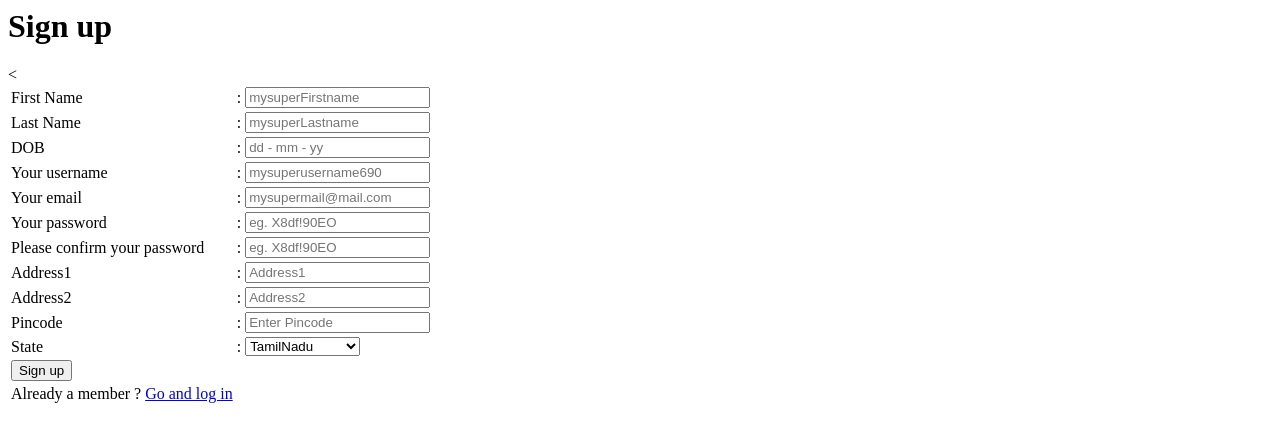
Repository: ravisudharsan/StarKart
Page: http://localhost/StarkartFrontend/WEB-INF/views/register.jsp
These files come from the project's save history. The page is drawn as it stood at one moment and after the next save; the edit follows.
The browser window is 1280 px wide. The pictures show the whole page.
The page is served by Tomcat 9. Nobody is signed in. Other server files are loaded and not shown. The template is opened directly, without the code that normally fills it, so the values that code supplies are empty.

Above is the page before, as saved 2016-10-26 05:01:24.

### StarkartFrontend/src/main/webapp/WEB-INF/views/register.jsp
<div id="register" class="animate form">
			<form  action="mysuperscript.php" autocomplete="on">
				<h1> Sign up </h1>
				<table align:center>
					<tr>

					<td><label for="First Namesignup" class="Fname" data-icon="F">First Name</label></td>
					<td>:</td>
					<td><input id="First Namesignup" name="First Namesignup" required="required" type="text" placeholder="mysuperFirstname" /></td>
					</tr>
				 	<tr>
					<td><label for="Last Namesignup" class="Lname" data-icon="L">Last Name</label>
					<td>:</td>
					<td><input id="Last Namesignup" name="Last Namesignup" required="required" type="text" placeholder="mysuperLastname" />
					</tr>

                                 	<tr>

					<td><label for="DOBsignup" class="Lname" data-icon="L">DOB</label></td>
					<td>:</td>
					<td><input id="DOBsignup" name="DOBsignup" required="required" type="text" placeholder="dd - mm - yy" /></td>
					</tr>

					<tr>

					<td><label for="usernamesignup" class="uname" data-icon="u">Your username</label></td>
					<td>:</td>
					<td><input id="usernamesignup" name="usernamesignup" required="required" type="text" placeholder="mysuperusername690" /></td>
					</tr>

					<tr>

					<td><label for="emailsignup" class="youmail" data-icon="e" > Your email</label></td>
					<td>:</td>
					<td><input id="emailsignup" name="emailsignup" required="required" type="email" placeholder="mysupermail@mail.com"/> </td>
					</tr>

					<tr>

					<td><label for="passwordsignup" class="youpasswd" data-icon="p">Your password </label></td>
					<td>:</td>
					<td><input id="passwordsignup" name="passwordsignup" required="required" type="password" placeholder="eg. X8df!90EO"/></td>
					</tr>

					<tr>

					<td><label for="passwordsignup_confirm" class="youpasswd" data-icon="p">Please confirm your password </label></td>
					<td>:</td>
					<td><input id="passwordsignup_confirm" name="passwordsignup_confirm" required="required" type="password" placeholder="eg. X8df!90EO"/></td>
					</tr>

					<tr>

					<td><label for="Address1signup" class="Address1" data-icon="A1">Address1</label></td>
					<td>:</td>
					<td><input id="Address1signup" name="Address1signup" required="required" type="text" placeholder="Address1" /></td>
					</tr>

					<tr>

					<td><label for="Address2signup" class="Address2" data-icon="A1">Address2</label></td>
					<td>:</td>
					<td><input id="Address2signup" name="Address2signup" required="required" type="text" placeholder="Address2" /></td>
					</tr>

					<tr>

					<td><label for="Pincodesignup" class="Pincode" data-icon="A1">Pincode</label></td>
					<td>:</td>
					<td><input id="Pincodesignup" name="Pincodesignup" required="required" type="text" placeholder="Enter Pincode" /></td>
					</tr>

					<tr>

					<td> State</td><td>:</td> <td><Select>
				<option value="TamilNadu">TamilNadu</option>
				<option value="Kerala">Kerala</option>
				<option value="Karnataka">Karnataka</option>
				<option value="AndhraPradesh">AndhraPradesh</option></td>
				</tr>
<tr>
				<td><p class="signin button">
					<input type="submit" value="Sign up"/>
				</tr>
<tr>
				<td> <p class="#tologin">

					Already a member ?
					<a href="#tologin" class="to_register"> Go and log in </a></td>
</tr>

<

After the next save:
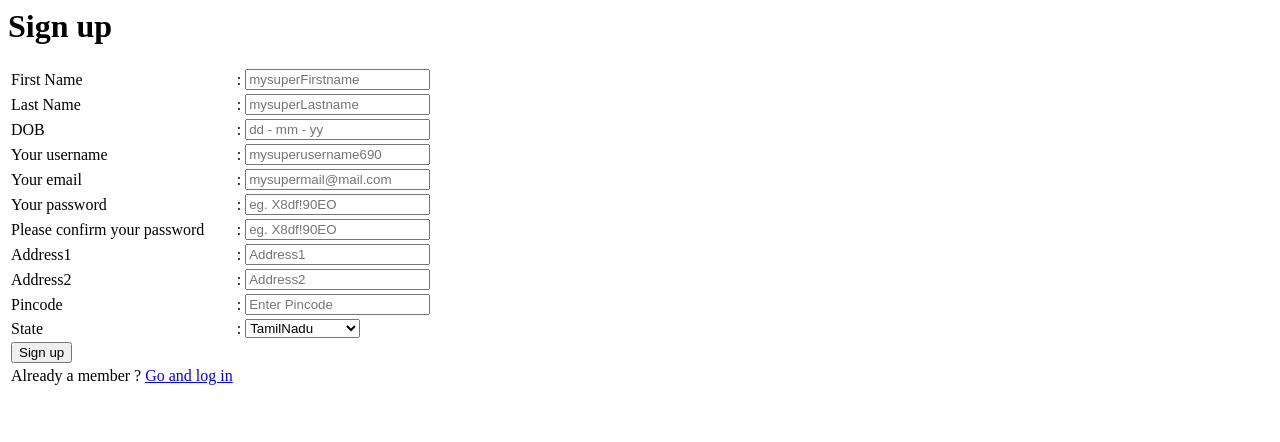
Saved 54 s later.
--- a/StarkartFrontend/src/main/webapp/WEB-INF/views/register.jsp
+++ b/StarkartFrontend/src/main/webapp/WEB-INF/views/register.jsp
@@ -88,5 +88,3 @@
 					Already a member ?
 					<a href="#tologin" class="to_register"> Go and log in </a></td>
 </tr>
-
-<

After the 2 saves that followed:
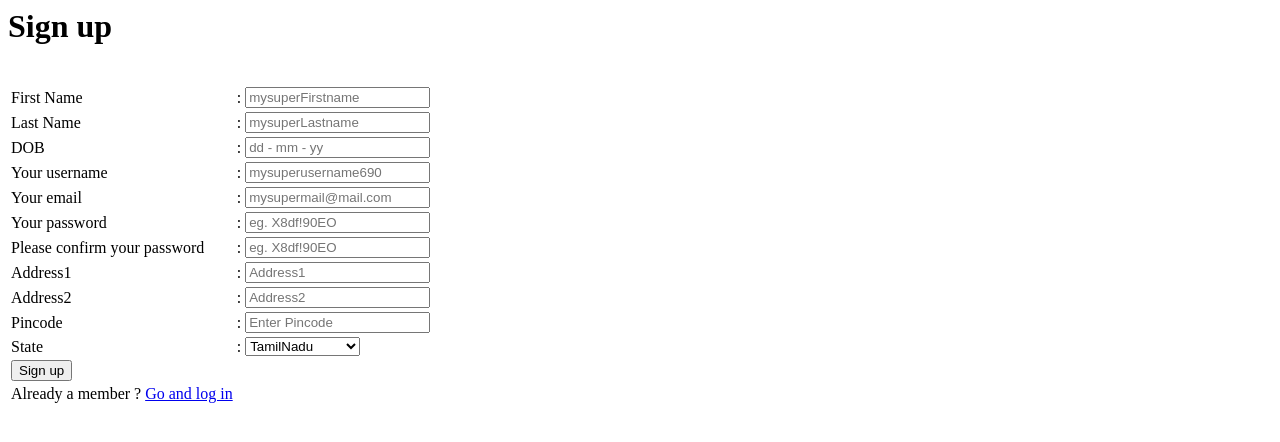
The 2 saves are shown as one change because 1 left the picture as it was.
The last was saved 92 s later.
--- a/StarkartFrontend/src/main/webapp/WEB-INF/views/register.jsp
+++ b/StarkartFrontend/src/main/webapp/WEB-INF/views/register.jsp
@@ -77,7 +77,7 @@
 				<option value="Kerala">Kerala</option>
 				<option value="Karnataka">Karnataka</option>
 				<option value="AndhraPradesh">AndhraPradesh</option></td>
-				</tr>
+				</tr><br>
 <tr>
 				<td><p class="signin button">
 					<input type="submit" value="Sign up"/>
@@ -86,5 +86,5 @@
 				<td> <p class="#tologin">
 
 					Already a member ?
-					<a href="#tologin" class="to_register"> Go and log in </a></td>
+					<a href="login" class="to_register"> Go and log in </a></td>
 </tr>
